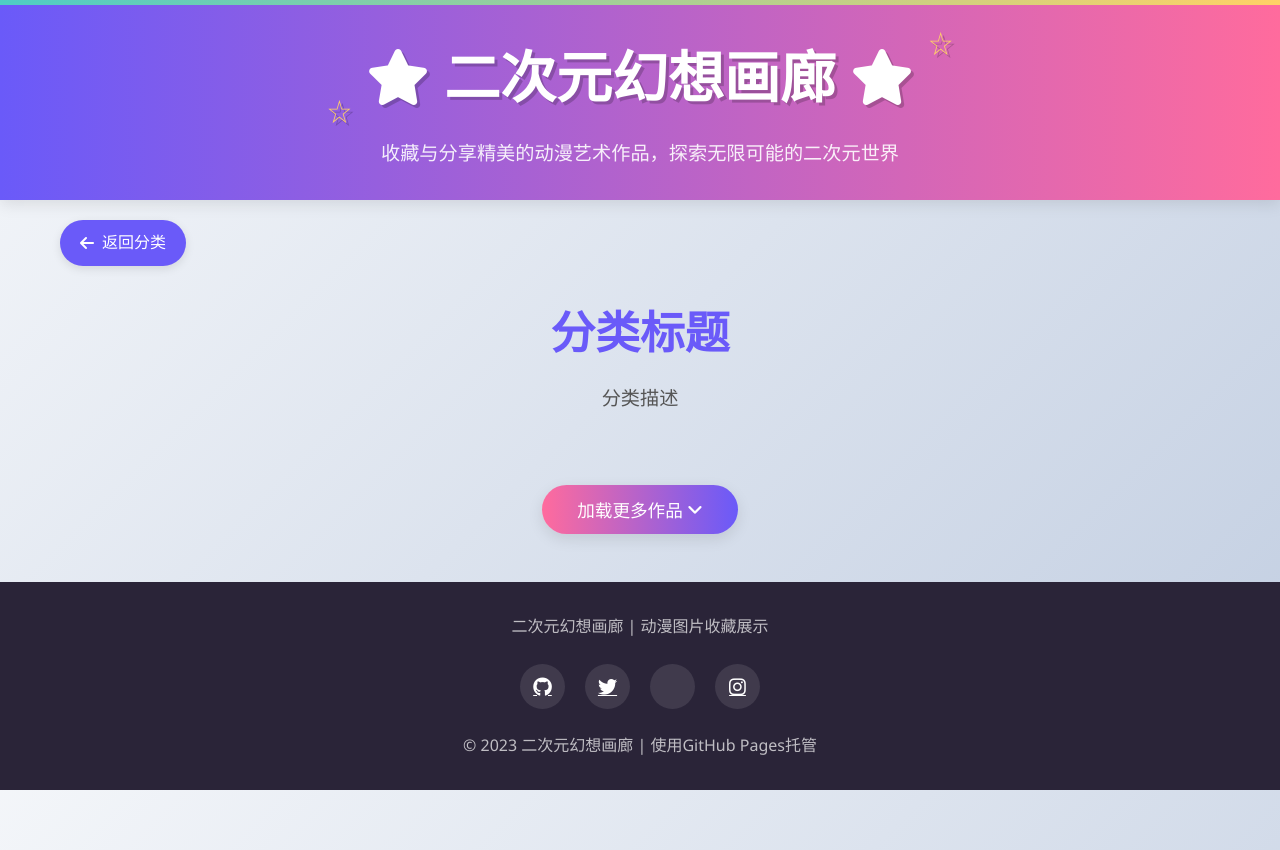
Repository: Ke-scholar/Ke-scholar.github.io
Page: character.html
An editor plug-in stored every save of this project. The page is shown before and after a run of saves, followed by the edit.
The browser window is 1280 px wide. The pictures show the whole page.
Backgrounds fixed to the window are drawn as part of the page.

Above is the page before, as saved 2025-06-26 17:36:50.
Console error: TypeError: Cannot read properties of undefined (reading 'find')

After the next 4 saves:
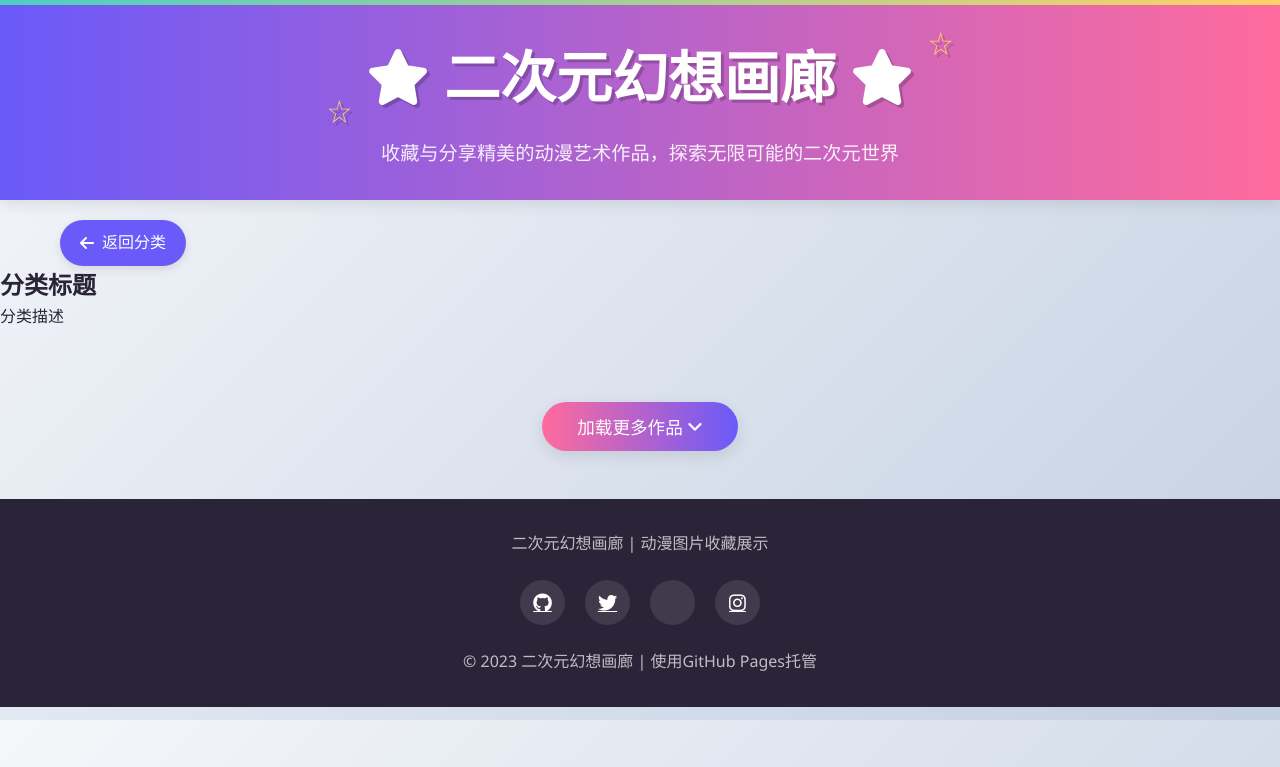
The 4 saves are shown as one change because they came seconds apart.
The last was saved 20 s later.
--- a/character.html
+++ b/character.html
@@ -27,14 +27,14 @@
     </div>
 
     <!-- 分类标题 -->
-    <div class="category-header">
-        <h2 id="category-title">分类标题</h2>
-        <p id="category-desc">分类描述</p>
+    <div class="character-header">
+        <h2 id="character-title">分类标题</h2>
+        <p id="character-desc">分类描述</p>
     </div>
 
     <!-- 图片展示区 -->
     <div class="container">
-        <div class="gallery-grid" id="category-gallery">
+        <div class="gallery-grid" id="character-gallery">
             <!-- <div class="loading">
                 <div class="loading-spinner"></div>
                 正在加载图片...

After the save that followed:
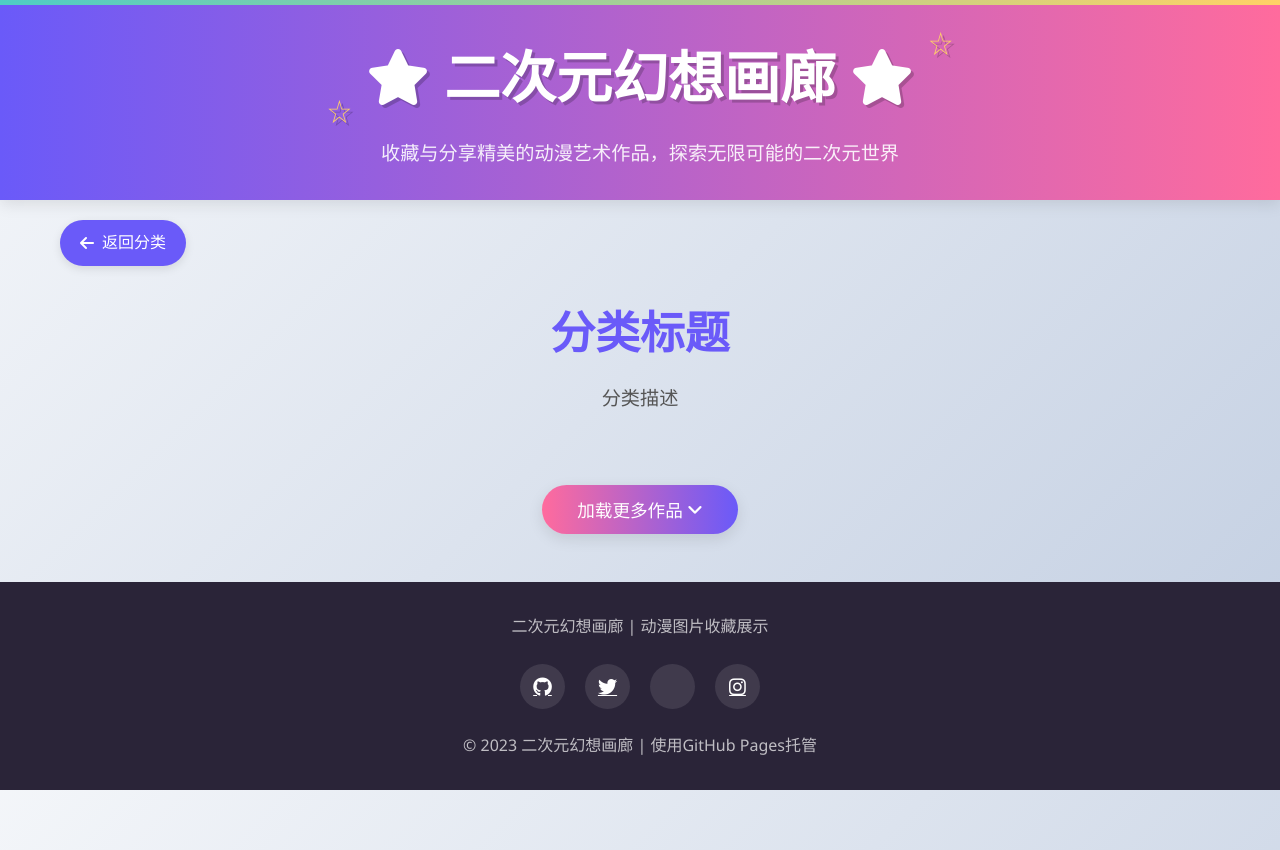
Saved 20 s later.
--- a/css/character.css
+++ b/css/character.css
@@ -25,19 +25,19 @@
     box-shadow: 0 5px 15px rgba(0, 0, 0, 0.15);
 }
 
-.category-header {
+.character-header {
     text-align: center;
     margin: 30px 0;
     padding: 0 20px;
 }
 
-.category-header h2 {
+.character-header h2 {
     font-size: 2.8rem;
     color: var(--secondary);
     margin-bottom: 15px;
 }
 
-.category-header p {
+.character-header p {
     font-size: 1.2rem;
     max-width: 800px;
     margin: 0 auto;
